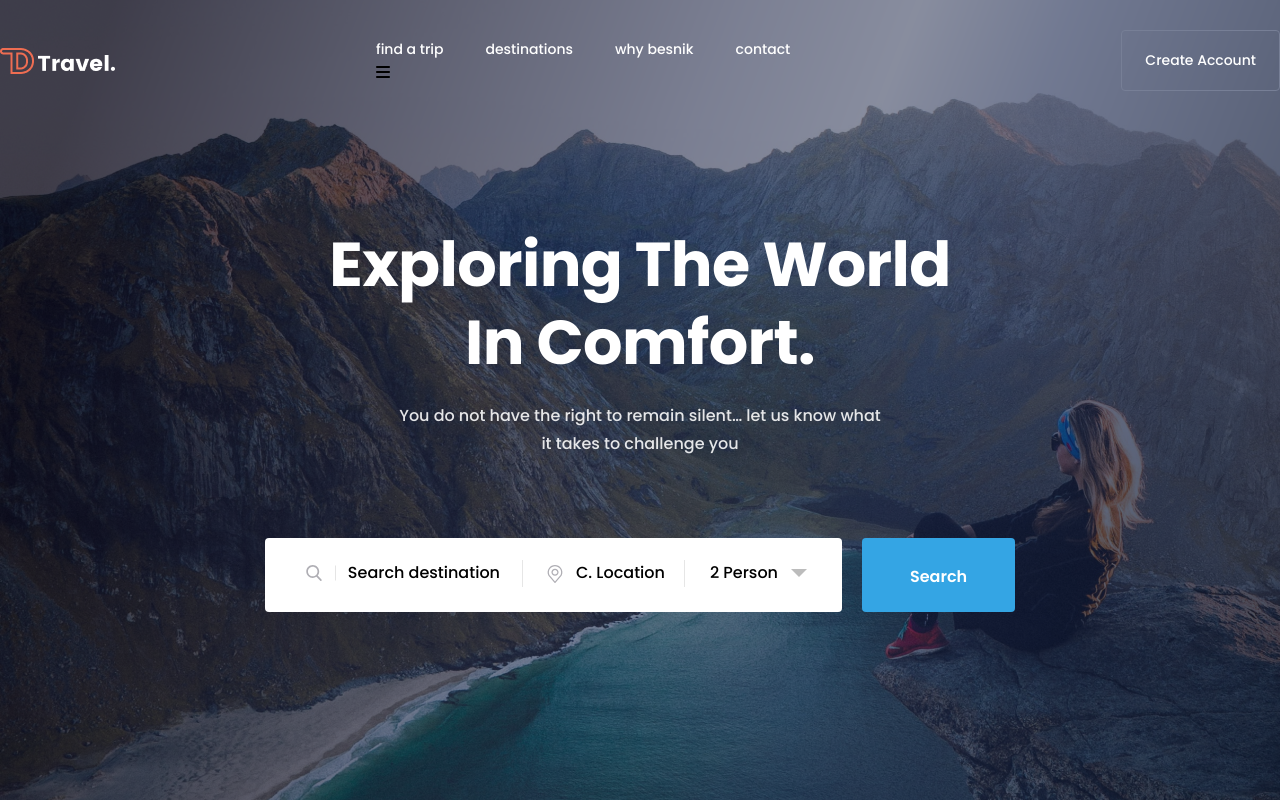
Repository: hoang0508/LandingPage-CodeTravel2
Page: index.html
These files come from the project's save history. The page is drawn as it stood at one moment and after the next save; the edit follows.
The browser window is 1280 px wide. The pictures show the whole page.
After loading, the first visible `div.header-bar` was clicked once.
Some web libraries are served in a nearby version. The style sheet was rebuilt from its Sass, Less or Tailwind sources for each picture, by a compiler version that may differ from the author's.

Above is the page before, as saved 2022-09-16 14:29:12.

After the next save:
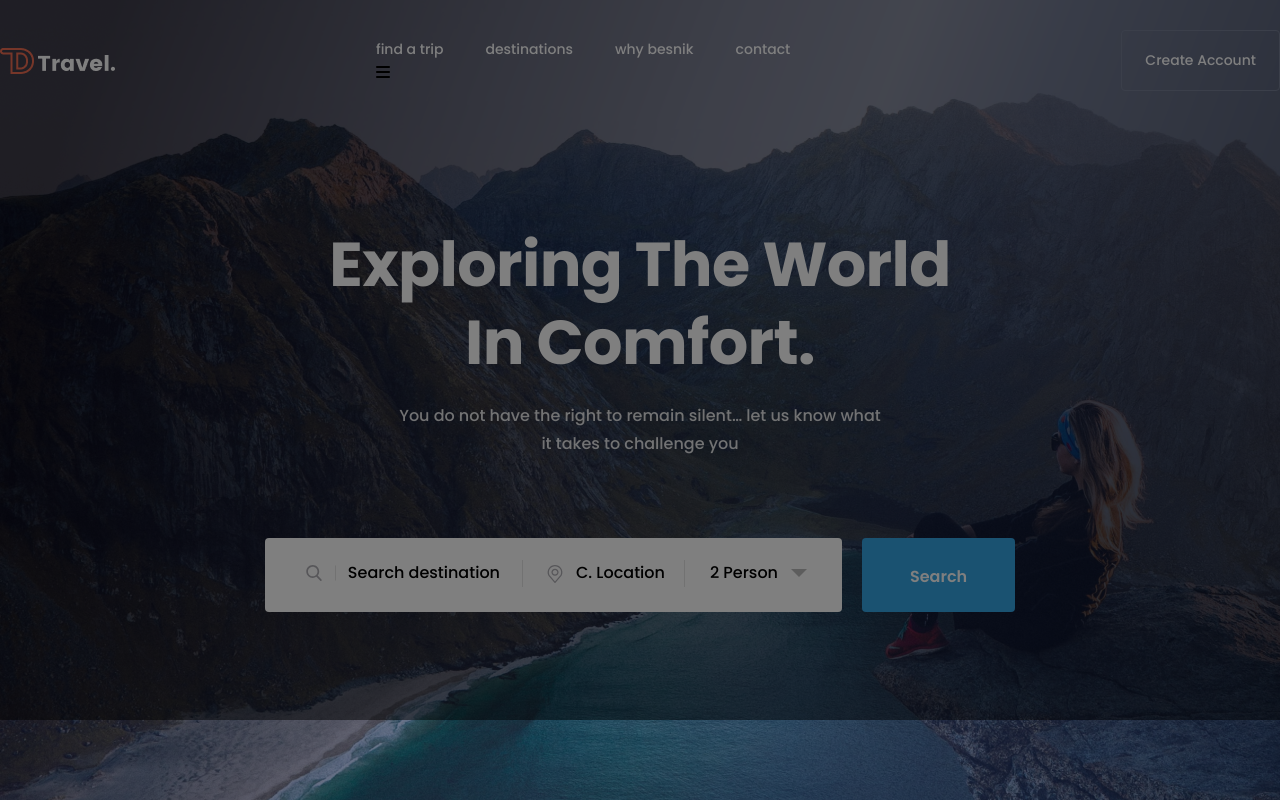
Saved 69 s later.
--- a/script/main.js
+++ b/script/main.js
@@ -1,6 +1,8 @@
 const headerMenuList = document.querySelector(".header-menu--list");
 const headerBar = document.querySelector(".header-bar");
+const overlay = document.querySelector(".overlay");
 
 headerBar.addEventListener("click", (item) => {
   headerMenuList.classList.toggle("header-menu--active");
+  overlay.classList.toggle("show-overlay");
 });
